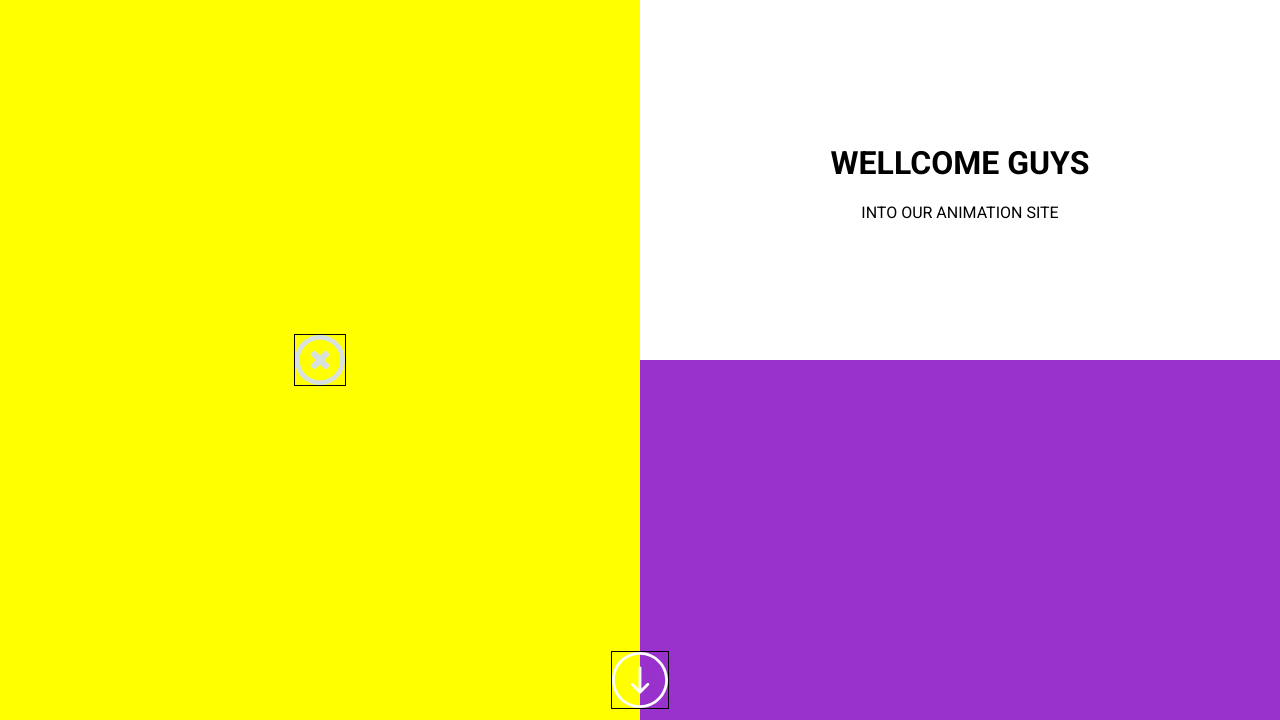
Repository: Rinzlerte/react-reveale-animation
Page: /main
An editor plug-in stored every save of this project. The page is shown before and after the next save, followed by the edit.
The browser window is 1280 px wide. The pictures show the whole page.
The project was rebuilt for these pictures with package versions that can differ from the ones it lists, and the page was loaded fresh each time. Also part of the build but not shown: src/components/home/Promoslider.jsx, src/components/home/Header.jsx, src/components/home/Home.jsx, src/components/secondary/Secondary.css, src/components/secondary/Secondary.jsx, src/components/ui/BackBtn.js, src/components/featured/About.jsx, src/components/featured/Inform.jsx and 3 more.

Above is the page before, as saved 2019-10-22 17:28:24.

After the next save:
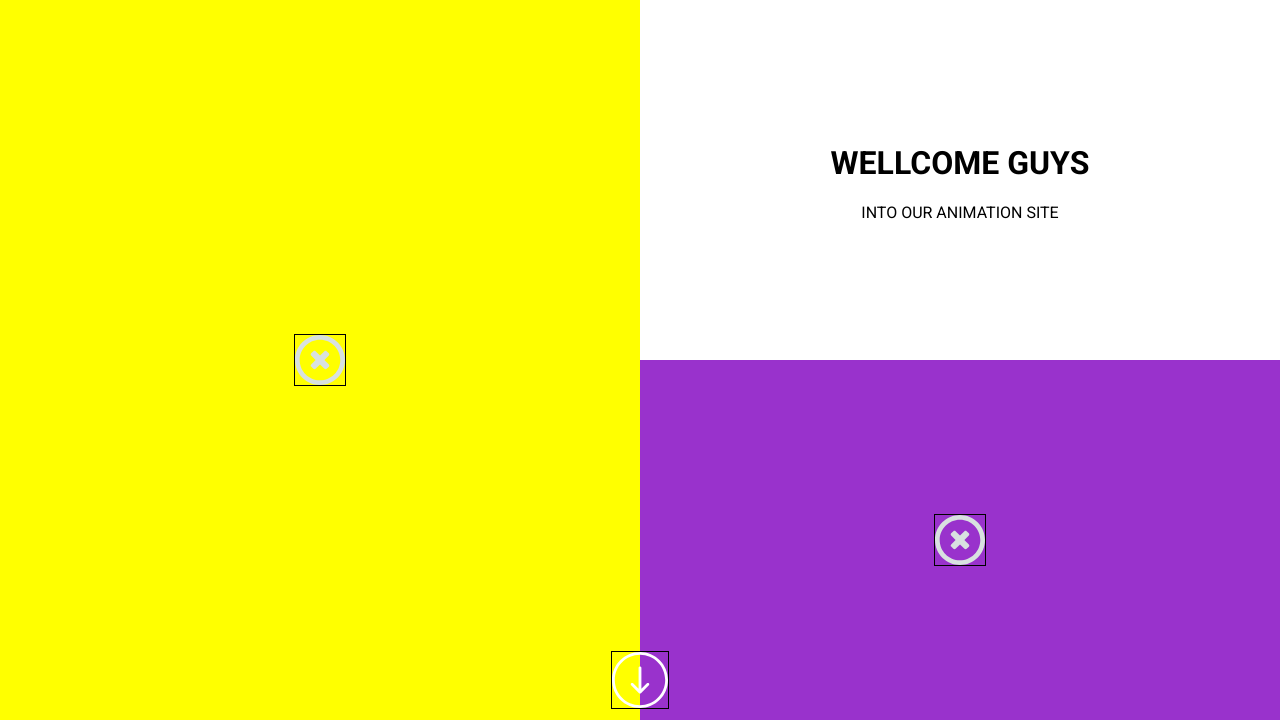
Saved 26 s later.
--- a/src/components/main/Information.jsx
+++ b/src/components/main/Information.jsx
@@ -1,5 +1,5 @@
 import React, { Component } from 'react';
-import Roll from 'react-reveal/Roll';
+
 import {CrossBtn} from '../ui/CrossBtn';
 
 export default class Information extends Component {
@@ -26,9 +26,8 @@ export default class Information extends Component {
     render() {
         return (
             <div className="inform-box" onMouseEnter={this.mouseEnter} onMouseLeave={this.mouseLeave}>
-                <Roll top when={this.state.show}>
+
                     <CrossBtn  width="50px" height="50px" link="true" linkTo="/inform"/>
-                </Roll>
             </div>
         )
     }
